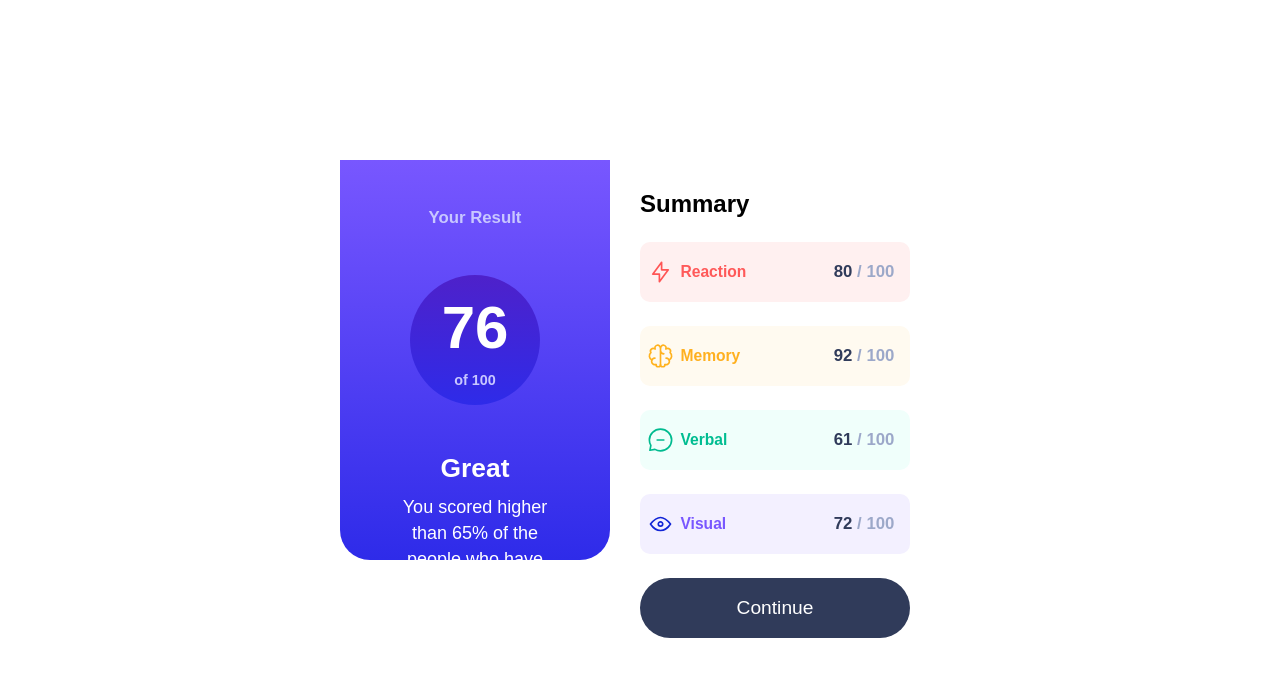
Repository: limaneto/frontend-mentor-results-summary
Page: index.html
An editor plug-in stored every save of this project. The page is shown before and after the next save, followed by the edit.
The browser window is 1280 px wide. The pictures show the whole page.

Above is the page before, as saved 2023-11-06 10:33:55.

### index.html
<!DOCTYPE html>
<html lang="en">
  <head>
    <meta charset="UTF-8">
    <meta name="viewport" content="width=device-width, initial-scale=1.0">
    <link rel="stylesheet" href="style.css">
  </head>
  <body>
    <main>
      <section id='result'>
        <h1>Your Result</h1>
        <span id='score'>
          <h2>76</h2>
          <h3>of 100</h3>
        </span>
        <span id='score-message'>
          <h4>Great</h4>
          <h5>You scored higher than 65% of the people who have taken these tests.</h5>
        </span>
      </section>
      <summary>
        <h2>Summary</h2>
        <ul>
          <li id='reaction'>
            <img id='icons' src="./assets/images/icon-reaction.svg" alt="Lightning">
            Reaction
            <span>
              80 <span>/ 100</span>
            </span>
          </li>
          <li id='memory'>
            <img id='icons' src="./assets/images/icon-memory.svg" alt="Brain">
            Memory
            <span>
              92 <span>/ 100</span>
            </span>
          </li>
          <li id='verbal'>
            <img id='icons' src="./assets/images/icon-verbal.svg" alt="Cloud">
            Verbal
            <span>
              61 <span>/ 100</span>
            </span>
          </li>
          <li id='visual'>
            <img id='icons' src="./assets/images/icon-visual.svg" alt="Eye">
            Visual
            <span>
              72 <span>/ 100</span>
            </span>
          </li>
        </ul>
        <button>Continue</button>
      </summary>
    </main>
  </body>
</html>

### style.css
:root {
  --red: #ff5959;
  --orangey:	#ffb01f;
  --green: #00bd91;
  --blue: #1125d4;
  --pale-blue: #ebf1ff;
  --white: #ffffff;
  --dark-gray-blue: #303b5a;
  --lavender: #c8c7ff;
  --g-slate-blue: #7857ff;
  --g-royal-blue: #2e2be9;
  --g-violet-blue: #4e21ca;
  --g-persian-blue: #2421ca;
}

@font-face {
  font-family: 'HankenGrotesk', sans-serif;
  src: url(./assets/fonts//HankenGrotesk-VariableFont_wght.ttf);
}

* {
  box-sizing: border-box;
  margin: 0;
  padding: 0;
}

html, body {
  font-size: 62.5%;
  font-family: 'HankenGrotesk', sans-serif;
  height: 100vh;
  width: 100vw;
}

li {
  display: block;
}

main {
  height: 100%;
  width: 100%;
}

section {
  display: flex;
  flex-direction: column;
  align-items: center;
  justify-content: space-evenly;
  height: 40%;
  background: linear-gradient(0deg, var(--g-royal-blue), var(--g-slate-blue));
  border-bottom-left-radius: 30px;
  border-bottom-right-radius: 30px;
  color: var(--white);
}

section > h1 {
  font-size: 1.4rem;
  color: var(--lavender);
}

#score {
  display: flex;
  flex-direction: column;
  justify-content: center;
  gap: 10px;
  text-align: center;
  height: 130px;
  width: 130px;
  border-radius: 6rem;
  background: linear-gradient(180deg, var(--g-violet-blue), var(--g-royal-blue));
}

#score > h2 {
  font-size: 2rem;
  font-size: 5rem;
}

#score > h3 {
  font-size: 1.2rem;
  color: var(--lavender);
}

#score-message {
  height: 60px;
  text-align: center;
}

#score-message > h4 {
  font-size: 2.2rem;
}

#score-message > h5 {
  padding: 10px 4rem;
  line-height: 2.2rem;
  font-size: 1.5rem;
  font-weight: 400;
  margin-bottom: 10px;
}

summary {
  padding: 30px;
}

summary > h2 {
  font-size: 2rem;
}

summary > ul > li {
  font-size: 1.3rem;
  font-weight: bold;
  display: flex;
  align-items: center;
  width: 100%;
  height: 60px;
  border-radius: 10px;
  background-color: #00bd91;
  margin: 24px 0;
}

#reaction {
  color: var(--red);
  background-color: hsl(0, 100%, 97%);
}

#memory {
  color: var(--orangey);
  background-color: hsl(39, 100%, 97%);
}

#verbal {
  color: var(--green);
  background-color: hsl(166, 100%, 97%);
}

#visual {
  color: var(--g-slate-blue);
  background-color: hsl(252, 100%, 97%);
}

#icons {
  width: 15%;
  height: 2.2rem;
}

li > span {
  color: var(--dark-gray-blue);
  font-size: 1.4rem;
  margin-right: 1.3rem;
  margin-left: auto;
}

li > span > span {
  color: hsl(224, 30%, 70%);
}

summary > button {
  background-color: var(--dark-gray-blue);
  width: 100%;
  height: 60px;
  color: var(--white);
  border: none;
  border-radius: 3.2rem;
  font-size: 1.6rem;
}

@media screen and (min-width: 768px) {
  html, body {
    display: flex;
    align-items: center;
    justify-content: center;
    font-size: 75%;
  }

  main {
    max-width: 600px;
    max-height: 400px;
    display: flex;
    align-items: center;
    justify-content: center;
  }

  section {
    flex: 1;
    height: 100%;
  }

  summary {
    flex: 1;
    height: 100%;
  }

}

After the next save:
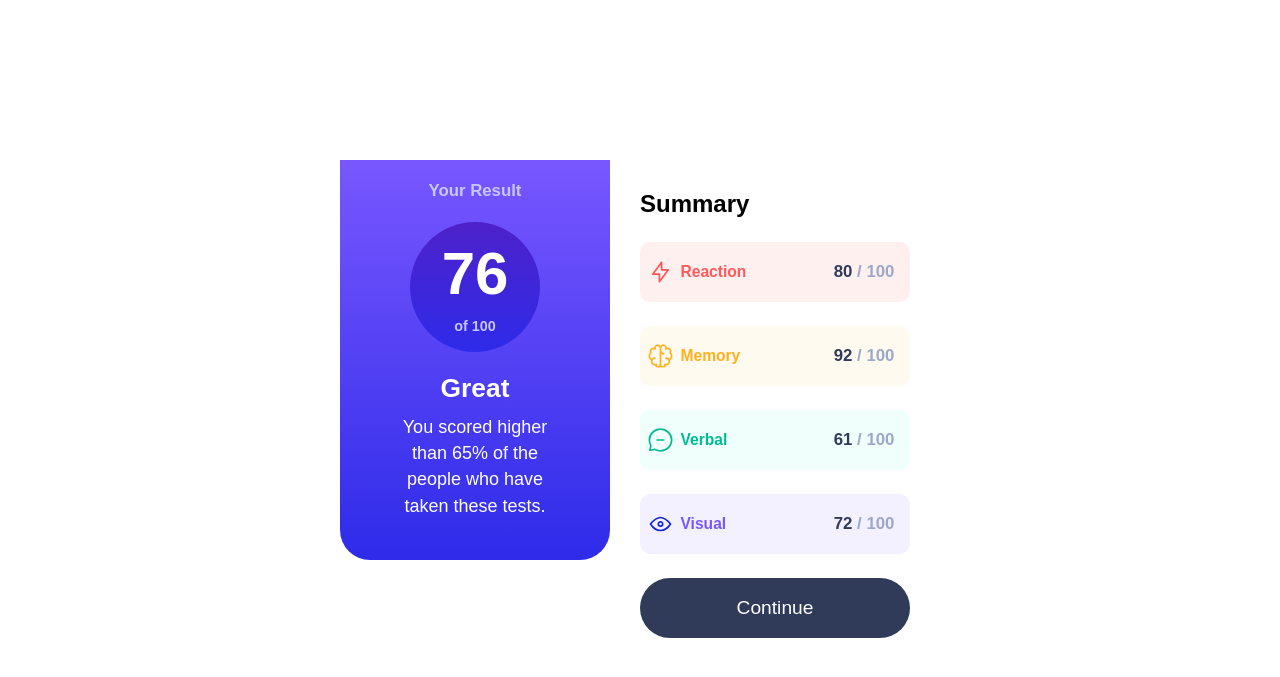
Saved 95 s later.
--- a/style.css
+++ b/style.css
@@ -80,7 +80,6 @@ section > h1 {
 }
 
 #score-message {
-  height: 60px;
   text-align: center;
 }
 
